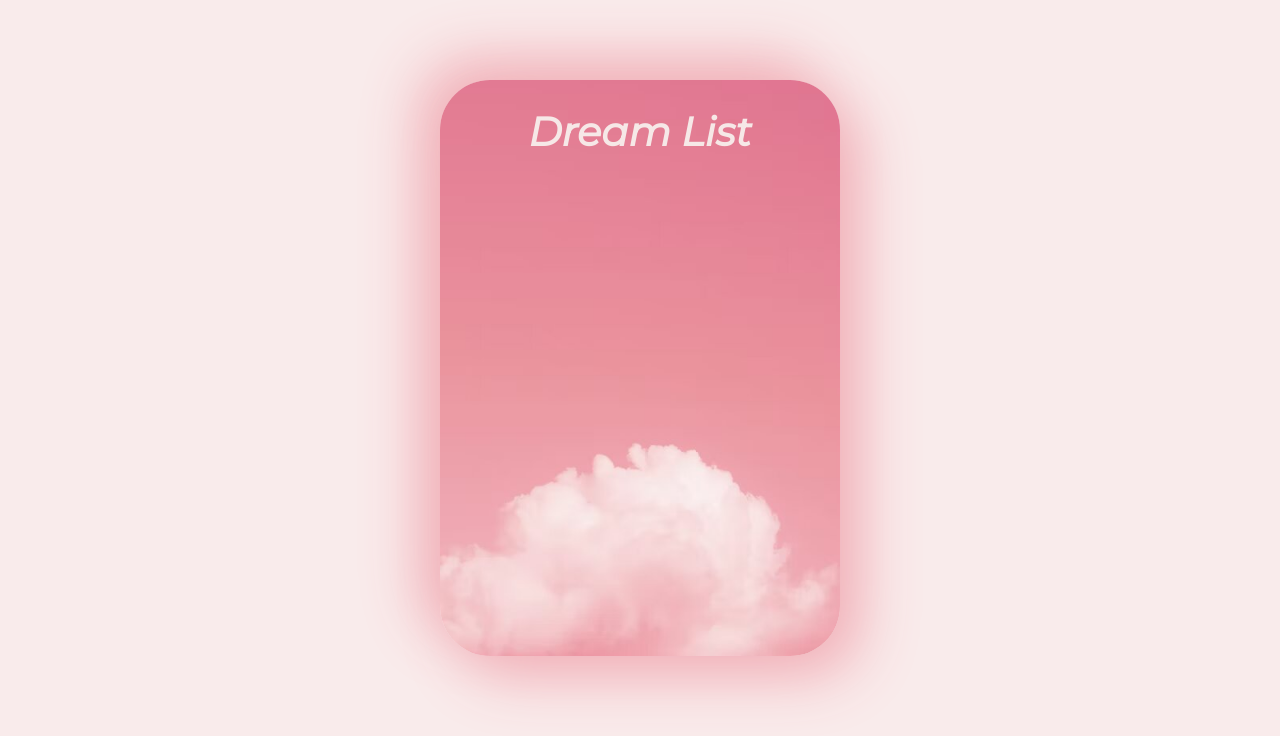
Repository: asya-aisa/grocery-list
Page: /
The author's editor kept a copy of each file at every save. The page is drawn from the files as they stood at one save, then again after a run of saves.
The browser window is 1280 px wide. The pictures show the whole page.
The project was rebuilt for these pictures with package versions that can differ from the ones it lists, and the page was loaded fresh each time.

Above is the page before, as saved 2023-07-14 15:02:33.

After the next 2 saves:
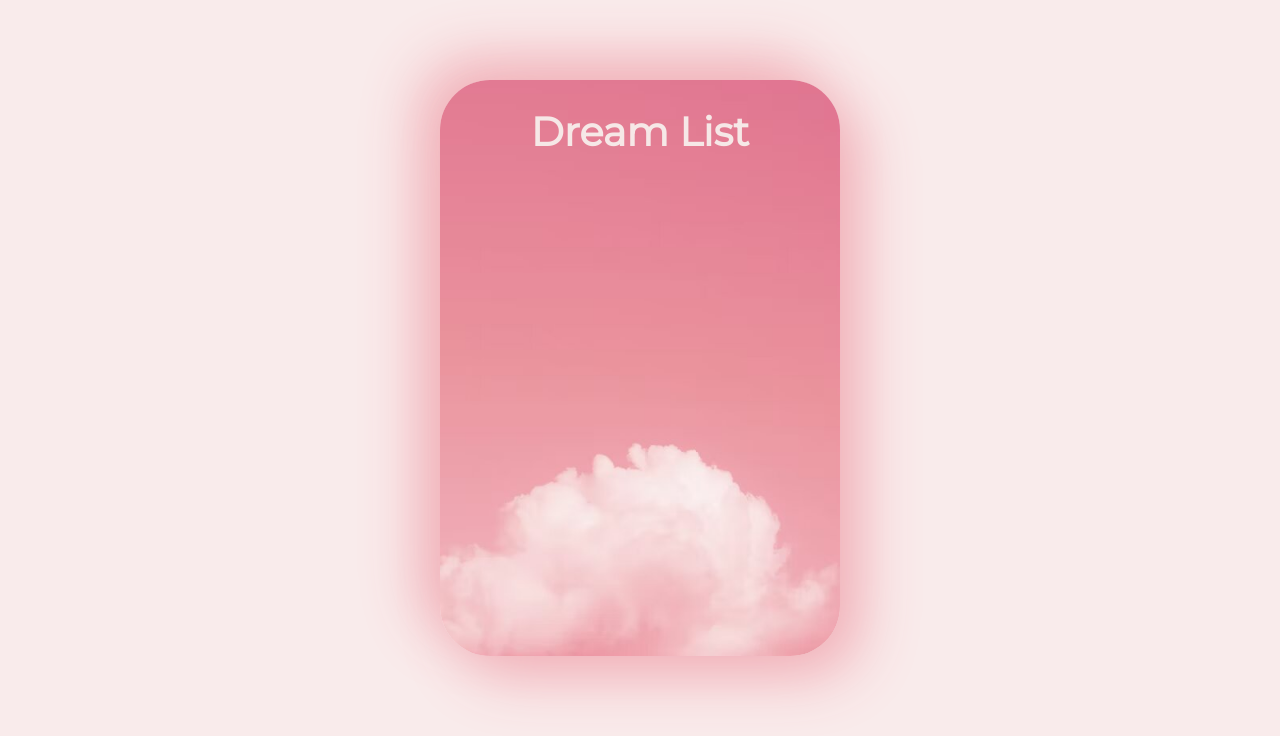
The 2 saves are shown as one change because they came seconds apart.
The last was saved 57 s later.
--- a/public/index.html
+++ b/public/index.html
@@ -17,7 +17,7 @@
     <link rel="manifest" href="%PUBLIC_URL%/manifest.json" />
     <link rel="preconnect" href="https://fonts.googleapis.com">
     <link rel="preconnect" href="https://fonts.gstatic.com" crossorigin>
-    <link href="https://fonts.googleapis.com/css2?family=Montserrat:ital@1&display=swap" rel="stylesheet">
+    <link href="https://fonts.googleapis.com/css2?family=Montserrat:ital@0;1&display=swap" rel="stylesheet">
     <!--
       Notice the use of %PUBLIC_URL% in the tags above.
       It will be replaced with the URL of the `public` folder during the build.
